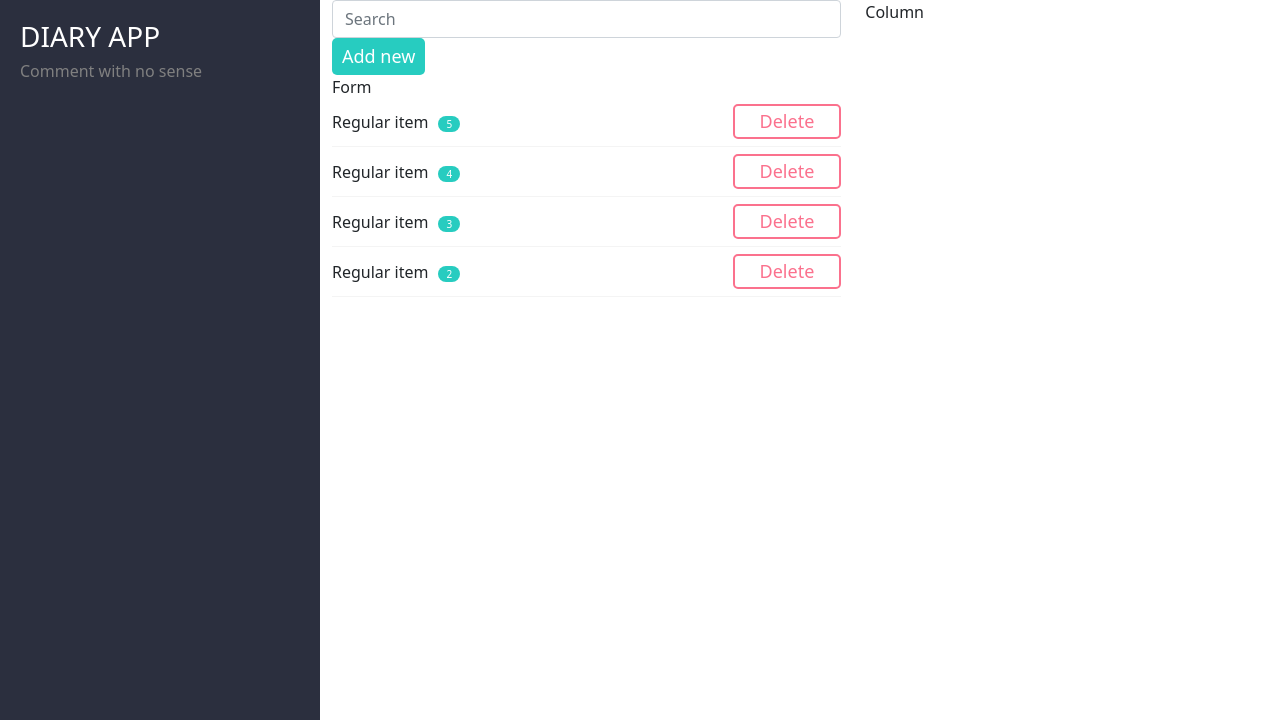
Repository: tsydikov/diary
Page: /
These files come from the project's save history. The page is drawn as it stood at one moment and after the next save; the edit follows.
The browser window is 1280 px wide. The pictures show the whole page.
The project was rebuilt for these pictures with package versions that can differ from the ones it lists, and the page was loaded fresh each time.

Above is the page before, as saved 2021-09-10 20:25:27.

### public/index.html
<!DOCTYPE html>
<html lang="en">
  <head>
    <meta charset="utf-8" />
    <meta name="viewport" content="width=device-width, initial-scale=1" />
    <link href="https://cdn.jsdelivr.net/npm/bootstrap@5.1.1/dist/css/bootstrap.min.css" rel="stylesheet" integrity="sha384-F3w7mX95PdgyTmZZMECAngseQB83DfGTowi0iMjiWaeVhAn4FJkqJByhZMI3AhiU" crossorigin="anonymous">
    <title>Diary App</title>
  </head>
  <body>
    <noscript>You need to enable JavaScript to run this app.</noscript>
    <div id="root"></div>
  </body>
</html>

### src/App.js
import React, { useState } from "react";
import Button from "./UI/Buttons/Button";
import Navbar from "./UI/Navbar/Navbar";
import './styles/App.css'
import Items from "./components/Items";

function App() {
  const [items, setItems] = useState([
    {id:1, title: 'Regular item', comments:[1,2,3,4,5]},
    {id:1, title: 'Regular item', comments:[1,2,3,4]},
    {id:1, title: 'Regular item', comments:[1,2,3]},
    {id:1, title: 'Regular item', comments:[1,2]},

  ])
  return (
    <div class="container-fluid" >
      <div class="row " >
        <div class="col-3 px-0" >
          <Navbar />
        </div>
        <div class="col-5">
        <input class="form-control me-2" type="search" placeholder="Search" aria-label="Search" />
          <div><Button>Add new</Button></div>Form
         <Items items={items}/>
        </div>
        <div class="col-4">
          Column
    </div>
      </div>
    </div>
  );
}

export default App;

### src/UI/Buttons/Button.jsx
import React from 'react'
import cl from "./Button.module.css";

const Button = ({ children, ...props }) => {
    return (
        <button {...props} className={cl.Btn}>
            {children}
        </button>
    )
}

export default Button;

### src/UI/Navbar/Navbar.jsx
import React from 'react';
import cl from './Navbar.module.css'
// style={{background:'red'}}
const Navbar = () => {
    return (
        <div className={cl.container} >
            <h1>diary app</h1>
            <h3>Comment with no sense</h3>
        </div>
    );
};

export default Navbar;

### src/styles/App.css
* {
    margin: 0;
    padding: 0;
    box-sizing: border-box;
}

#root {
    display: flex;
    flex-direction: column;
    align-items: center;
}

.item_cotainer {
    display: flex;
    justify-content: space-between;
    align-items: center;
    padding: 5px 0;
}

.item_cotainer span {
    font-size: 10px;
    color: white;
    background-color: #27ccc0;
    border-radius: 20px;
    margin: 0 10px;
    padding: 1px 8px;
}

hr {
    margin: 2px 0;
    background: lightgray;
    /* background: tomato; */
}

### src/components/Items.jsx
import React from 'react';
import Item from './Item';

const Items = ({items}) => {
    return (
        <div>
            {items.map(item =>
                <div>
                    <Item item={item} key={item.id} />
                    <hr />
                </div>
            )}
        </div>
    );
};

export default Items;

### src/UI/Buttons/Button.module.css
.Btn {
    padding: 5px 10px;
    color: white;
    font-size: 18px;
    border: none;
    cursor: pointer;
    background-color: #27ccc0;
    border-radius: 5px;
    display:flex;
    align-items:stretch;
    text-align: center;
}
.BtnDel {
    padding: 2px 25px;
    color: #fb718d;
    font-size: 18px;
    border: 2px solid #fb718d;
    cursor: pointer;
    background-color: white;
    border-radius: 5px;
    display:flex;
    align-items:stretch;
    text-align: center;
}

/* .BtnCancel svg {
    height: 1rem;
    padding-right: 5px;
    padding-bottom: 3px;
} */

### src/UI/Navbar/Navbar.module.css
.container {
    background: #2b2f3e;
    height: 100vh;
    padding: 20px;
    /* width: initial; */
}

.container h1 {
    text-transform: uppercase;
    color:white;
    font-size: 28px;
    font-weight:200;
}

.container h3 {
    color:grey;
    font-size: 16px;
    font-weight:200;
}

### src/components/Item.jsx
import React from 'react';
import ButtonDelete from '../UI/Buttons/ButtonDelete';

const Item = (props) => {
    return (
        <div className="item_cotainer">
              <div>
                {props.item.title}<span>{props.item.comments.length}</span>
              </div>
              <ButtonDelete>
                Delete
                </ButtonDelete>
            </div>
    );
};

export default Item;

### src/UI/Buttons/ButtonDelete.jsx
import React from 'react'
import cl from "./Button.module.css";

const ButtonDelete = ({ children, ...props }) => {
    return (
        <button {...props} className={cl.BtnDel}>
            {children}
        </button>
    )
}

export default ButtonDelete;

Loaded but not shown: src/index.js (common file)

After the next save:
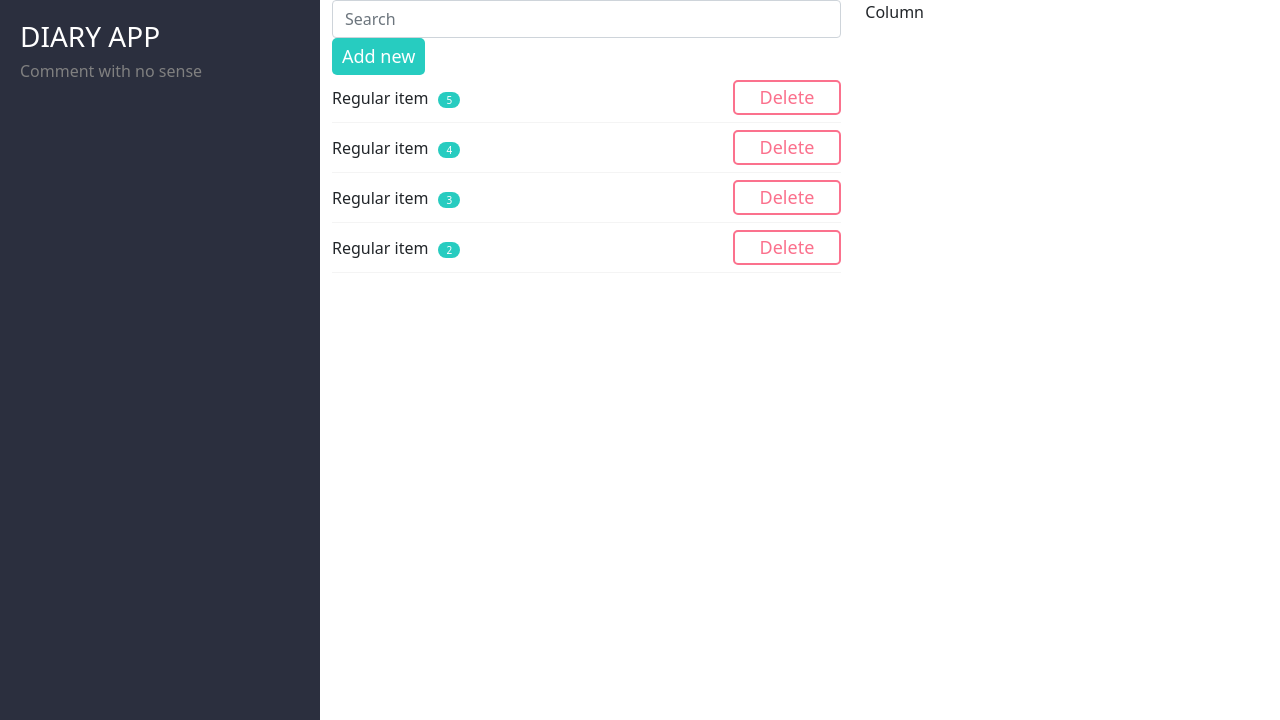
Saved 40 s later.
--- a/src/App.js
+++ b/src/App.js
@@ -20,7 +20,7 @@ function App() {
         </div>
         <div class="col-5">
         <input class="form-control me-2" type="search" placeholder="Search" aria-label="Search" />
-          <div><Button>Add new</Button></div>Form
+        <Button>Add new</Button>
          <Items items={items}/>
         </div>
         <div class="col-4">
